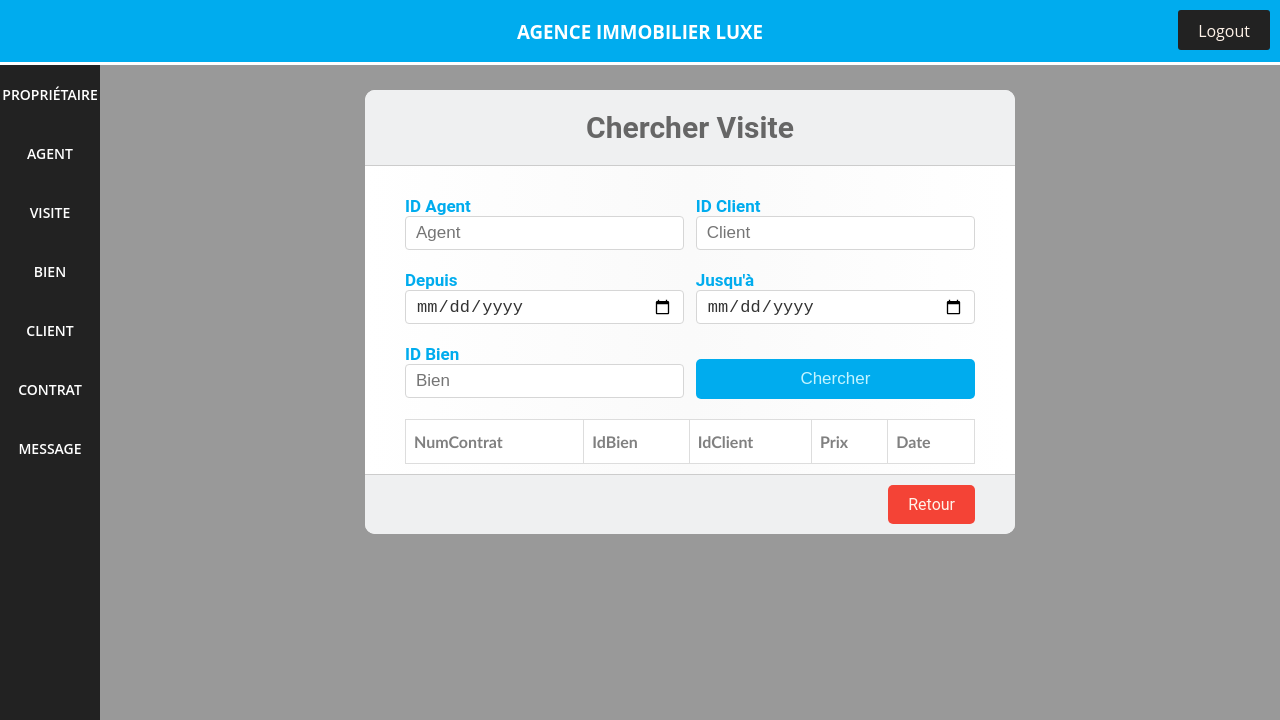
Repository: hassen-mnejja/Real_Estate_Agency_Website
Page: http://localhost/backoffice/WEB-INF/visitecherche.jsp
These files come from the project's save history. The page is drawn as it stood at one moment and after the next save; the edit follows.
The browser window is 1280 px wide. The pictures show the whole page.
Some icons come from a web library that is not loaded, so they are not drawn. The page is served by Tomcat 9. Nobody is signed in. The template is opened directly, without the code that normally fills it, so the values that code supplies are empty.

Above is the page before, as saved 2020-06-23 20:24:05.

After the next save:
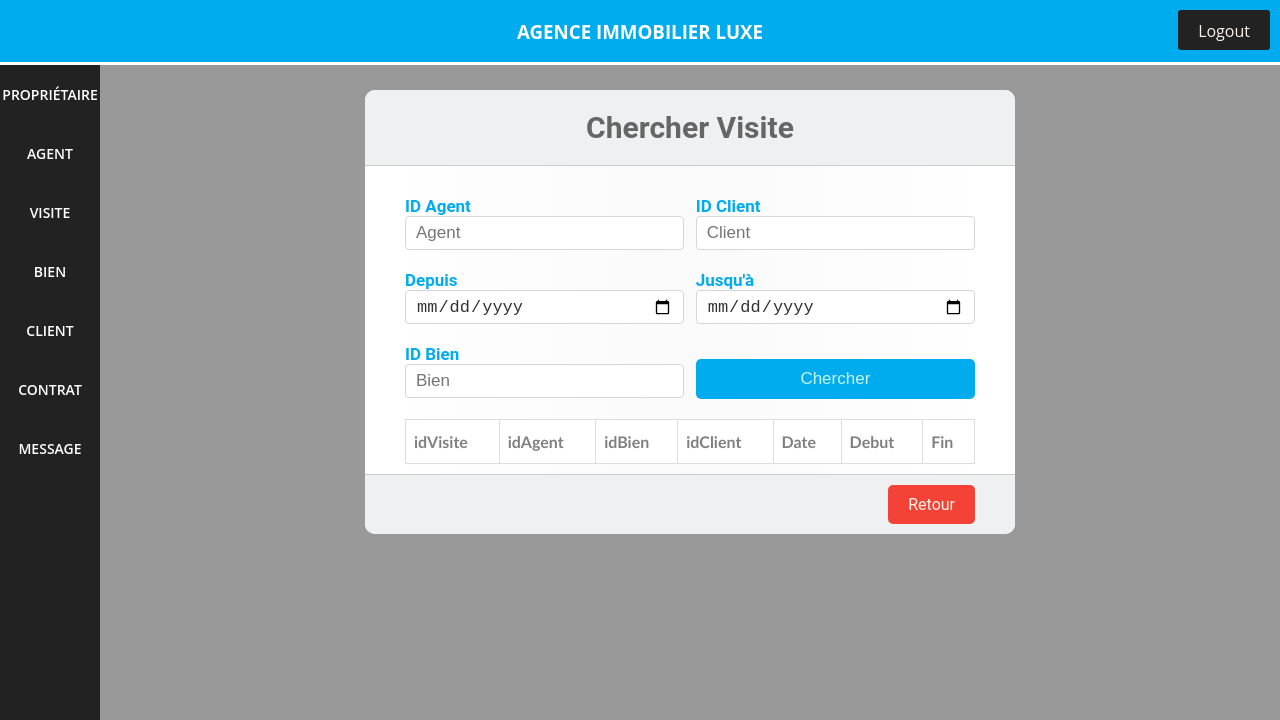
Saved 99 s later.
--- a/backoffice/WebContent/WEB-INF/visitecherche.jsp
+++ b/backoffice/WebContent/WEB-INF/visitecherche.jsp
@@ -67,11 +67,13 @@
 				<table id="elements" style="cellspacing: 0">
 					<thead>
 						<tr>
-							<th>NumContrat</th>
-							<th>IdBien</th>
-							<th>IdClient</th>
-							<th>Prix</th>
+							<th>idVisite</th>
+							<th>idAgent</th>
+							<th>idBien</th>
+							<th>idClient</th>
 							<th>Date</th>
+							<th>Debut</th>
+							<th>Fin</th>
 						</tr>
 					</thead>
 					<tbody>
